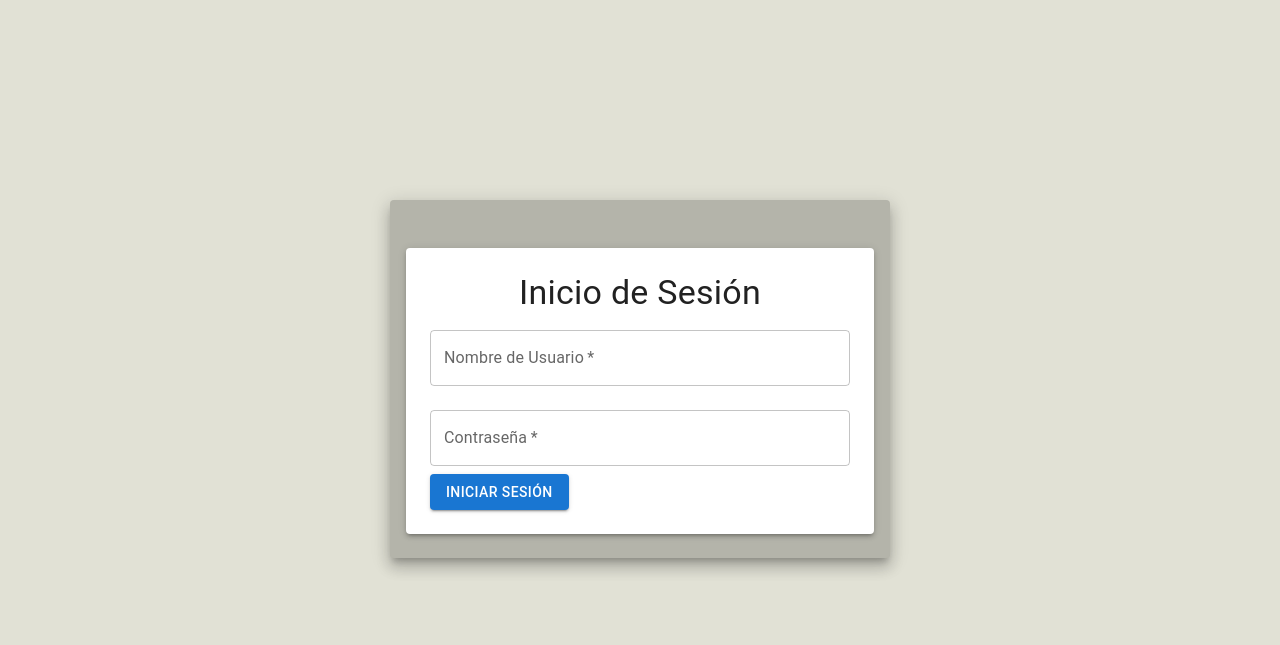
Repository: Mpablom/usuarioCaC-integrador-final-front
Page: /
An editor plug-in stored every save of this project. The page is shown before and after the next save, followed by the edit.
The browser window is 1280 px wide. The pictures show the whole page.
The project was rebuilt for these pictures with package versions that can differ from the ones it lists, and the page was loaded fresh each time. Also part of the build but not shown: vite.config.ts, src/components/UsuariosTable.tsx.

Above is the page before, as saved 2024-07-11 00:33:53.

### src/App.tsx
// App.tsx (o donde configures tus rutas)
import React from 'react';
import {
  BrowserRouter as Router,
  Route,
  Routes,
  Navigate,
} from 'react-router-dom';
import Login from './components/Login'; // Componente de inicio de sesión
import UsuariosTable from './components/UsuariosTable'; // Componente de la tabla de usuarios

const App: React.FC = () => {
  return (
    <Router>
      <Routes>
        <Route path="/login" element={<Login />} />
        <Route path="/usuarios" element={<UsuariosTable />} />
        <Route path="/" element={<Navigate to="/login" />} />
      </Routes>
    </Router>
  );
};

export default App;

### src/index.css
 :root {
  font-family: system-ui, -apple-system, BlinkMacSystemFont, 'Segoe UI', Roboto;
  line-height: 1.5;
  /* font-weight: 400; */

  color-scheme: light dark;
  color: rgba(255, 255, 255, 0.87);
  background-color: #E1E1D5;

  font-synthesis: none;
  text-rendering: optimizeLegibility;
  -webkit-font-smoothing: antialiased;
  -moz-osx-font-smoothing: grayscale;
}
Card{
  background-color: #B4B4AA;
}
/*
a {
  font-weight: 500;
  color: #646cff;
  text-decoration: inherit;
}
a:hover {
  color: #535bf2;
}

body {
  margin: 0;
  display: flex;
  place-items: center;
  min-width: 320px;
  min-height: 100vh;
}

h1 {
  font-size: 3.2em;
  line-height: 1.1;
  color: #1a1a1a;
}

button {
  border-radius: 8px;
  border: 1px solid transparent;
  padding: 0.6em 1.2em;
  font-size: 1em;
  font-weight: 500;
  font-family: inherit;
  background-color: #1a1a1a;
  cursor: pointer;
  transition: border-color 0.25s;
}
button:hover {
  border-color: #646cff;
}
button:focus,
button:focus-visible {
  outline: 4px auto -webkit-focus-ring-color;
}

@media (prefers-color-scheme: light) {
  :root {
    color: #213547;
    background-color: #ffffff;
  }
  a:hover {
    color: #747bff;
  }
  button {
    background-color: #f9f9f9;
  }
}
 */

### src/components/Login.tsx
import {
  Button,
  Card,
  CardContent,
  CardHeader,
  Container,
  TextField,
  Typography,
} from "@mui/material";
import { login } from "../axios/UsuarioApi";
import { useState } from "react";
import { useNavigate } from "react-router-dom";

const Login: React.FC = () => {
  const [username, setUsername] = useState("");
  const [password, setPassword] = useState("");
  const [error, setError] = useState("");
  const navigate = useNavigate();
  const handleLogin = async (event: React.FormEvent<HTMLFormElement>) => {
    event.preventDefault();
    setError("");
    try {
      const response = await login({ username, password });
      if (response.message === "Autenticación exitosa") {
        navigate("/usuarios");
      }
    } catch (error) {
      setError("Error al iniciar sesión");
    }
  };
  return (
    <Card
      sx={{
        maxWidth: 500,
        margin: "auto",
        boxShadow: "10",
        mt: '200px',
        bgcolor: "#B4B4AA",
      }}
    >
      <CardHeader />
      <CardContent>
        <Container sx={{ bgcolor: "#FFFFFF", p: 3, boxShadow: 3, borderRadius: 1 }}>
          <Typography variant="h4" component="h1" textAlign={"center"}>
            Inicio de Sesión
          </Typography>
          <form onSubmit={handleLogin}>
            <TextField
              label="Nombre de Usuario"
              variant="outlined"
              fullWidth
              margin="normal"
              value={username}
              onChange={(e) => setUsername(e.target.value)}
              required
            />
            <TextField
              label="Contraseña"
              variant="outlined"
              fullWidth
              margin="normal"
              type="password"
              value={password}
              onChange={(e) => setPassword(e.target.value)}
              required
            />
            {error && (
              <Typography color="error" variant="body2">
                {error}
              </Typography>
            )}
            <Button type="submit" variant="contained" color="primary" sx={{ mx: "auto", }}>
              Iniciar Sesión
            </Button>
          </form>
        </Container>
      </CardContent>
    </Card>
  );
};

export default Login;

### src/axios/UsuarioApi.ts
import api from './Api';
import { Usuario, UsuarioLogin } from '../models/UsuarioModel';

export const getUsuarios = async (): Promise<Usuario[]> => {
  const response = await api.get('/usuarios');
  return response.data;
};

export const getUsuarioById = async (id: number): Promise<Usuario> => {
  const response = await api.get(`/usuarios/${id}`);
  return response.data;
};

export const createUsuario = async (usuario: Usuario): Promise<void> => {
  const response = await api.post('/usuarios', usuario);
  return response.data;
};

export const updateUsuario = async (id: number, usuario: Usuario): Promise<void> => {
  const response = await api.put(`/usuarios/${id}`, usuario);
  return response.data;
};

export const deleteUsuario = async (id: number): Promise<void> => {
  const response = await api.delete(`/usuarios/${id}`);
  return response.data;
};

export const restoreUsuario = async (id: number): Promise<void> => {
  const response = await api.patch(`/usuarios/${id}`);
  return response.data;
};
export const login = async (usuarioLogin: UsuarioLogin): Promise<Usuario> => {
    try {
        const response = await api.post(`/usuarios/login`, usuarioLogin);
        return response.data as Usuario; // Asegúrate de que response.data sea del tipo Usuario
    } catch (error) {
        if (error instanceof Error) {
            throw new Error(`Error al iniciar sesión: ${error.message}`);
        } else {
            throw new Error(`Error al iniciar sesión: Error desconocido`);
        }
    }
  }

### src/axios/api.ts
import axios from 'axios';

const api = axios.create({
  baseURL: 'http://localhost:8080',
  headers: {
    'Content-Type': 'application/json',
  },
});

export default api;

Loaded but not shown: index.html (common file); src/main.tsx (common file)

After the next save:
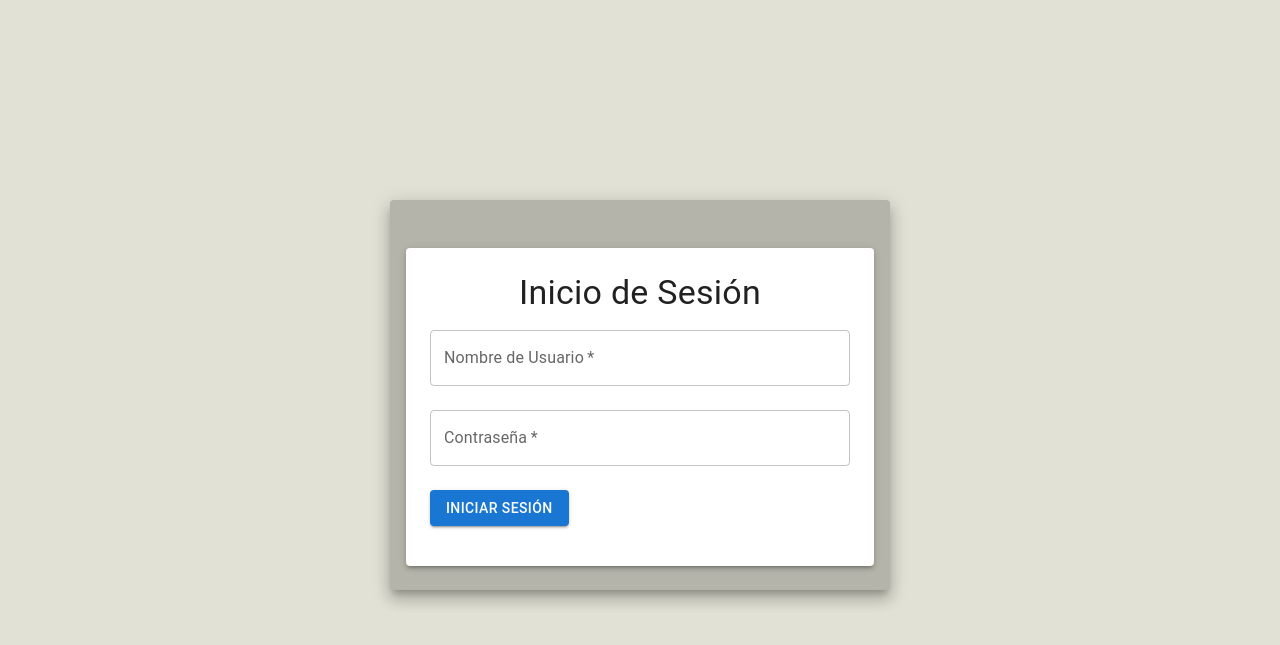
Saved 25 s later.
--- a/src/components/Login.tsx
+++ b/src/components/Login.tsx
@@ -69,7 +69,7 @@ const Login: React.FC = () => {
                 {error}
               </Typography>
             )}
-            <Button type="submit" variant="contained" color="primary" sx={{ mx: "auto", }}>
+            <Button type="submit" variant="contained" color="primary" sx={{ mx: "auto",my: 2 }}>
               Iniciar Sesión
             </Button>
           </form>
